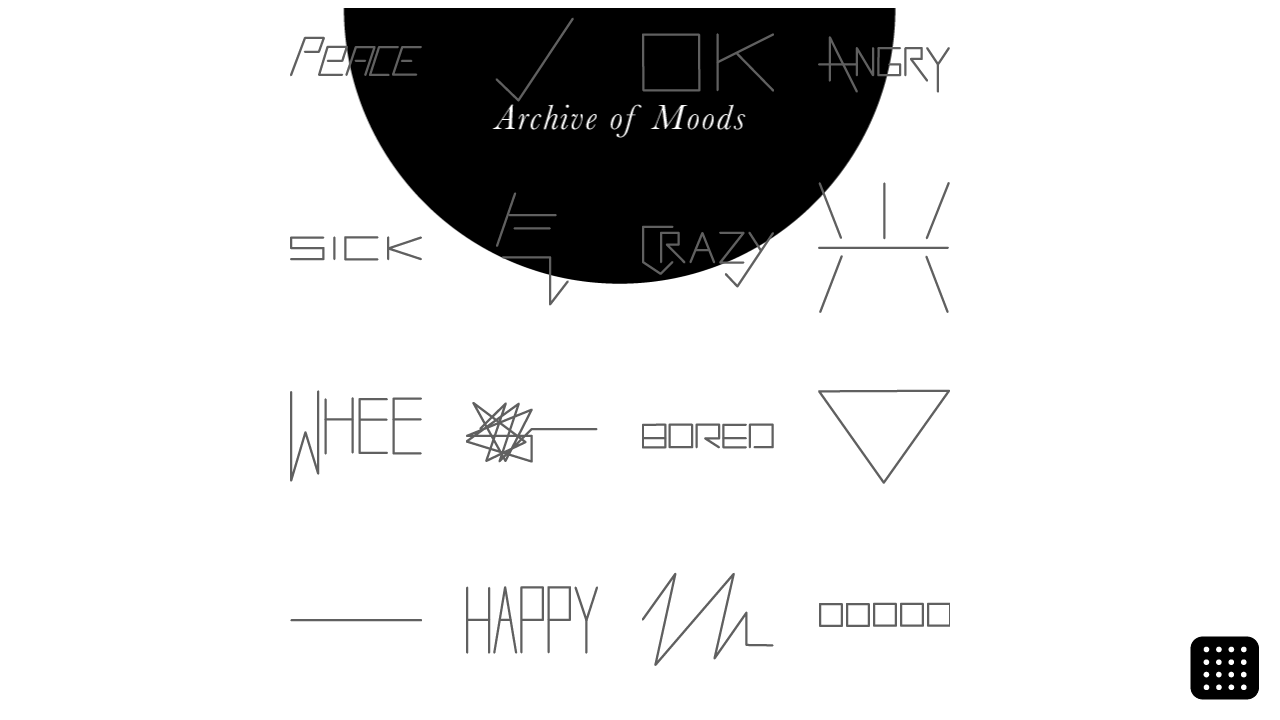
Repository: ConnyPinto/connypinto.github.io
Page: studio/dot-to-dot/archive.html
The author's editor kept a record of every edit. The page is drawn from the files as they stood at one moment, then again after the next edit.
The browser window is 1280 px wide. The pictures show the whole page.
Some web libraries are served in a nearby version.

Above is the page before.

### studio/dot-to-dot/archive.html
<html>

<head>
    <title>Archive</title>
    <link rel="stylesheet" href="css/archive.css" type="text/css" />
    <link href='http://fonts.googleapis.com/css?family=Libre+Baskerville:400,400italic' rel='stylesheet' type='text/css'>
    <script src="//ajax.googleapis.com/ajax/libs/jquery/1.7.1/jquery.min.js"></script>
    <script src="javascript/jquery.zoomooz.min.js"></script>
</head>

<body>
    <a href="index.html"><img class="home" src="images/home-button-01.png"></a>


       <!--<div class="circle">
             <div class="text">
                        <div class=title>Archive<br>
                        of<br>
                        Moods
                </div>
                   </div>-->
          <img class="semi-circle" src="images/semi-circle-01.png"
         style=
         "margin-top:0px;
         left:50%;
        transform: translate(60%);">

        <div class="container">


             <div class="row1">

             <img class="archive-image image-01" src="images/archive-image-01.png">
             <img class="archive-image image-02" src="images/archive-image-02.png">
             <img class="archive-image image-03" src="images/archive-image-03.png">
             <img class="archive-image image-04" src="images/archive-image-04.png">

             </div>

             <div class="row2">

             <img class="archive-image image-05" src="images/archive-image-05.png">
             <img class="archive-image image-06" src="images/archive-image-06.png">
             <img class="archive-image image-07" src="images/archive-image-07.png">
             <img class="archive-image image-08" src="images/archive-image-08.png">

             </div>

             <div class="row3">

             <img class="archive-image image-09" src="images/archive-image-09.png">
             <img class="archive-image image-10" src="images/archive-image-10.png">
             <img class="archive-image image-11" src="images/archive-image-11.png">
             <img class="archive-image image-12" src="images/archive-image-12.png">

             </div>

             <div class="row4">

             <img class="archive-image image-13" src="images/archive-image-13.png">
             <img class="archive-image image-14" src="images/archive-image-14.png">
             <img class="archive-image image-15" src="images/archive-image-15.png">
             <img class="archive-image image-16" src="images/archive-image-16.png">

             </div>

             <div class="row5">

             <img class="archive-image image-17" src="images/archive-image-17.png">
             <img class="archive-image image-18" src="images/archive-image-18.png">
             <img class="archive-image image-19" src="images/archive-image-19.png">
             <img class="archive-image image-20" src="images/archive-image-20.png">

            <div class="row6">

             <img class="archive-image image-21" src="images/archive-image-01.png">
             <img class="archive-image image-22" src="images/archive-image-02.png">
             <img class="archive-image image-23" src="images/archive-image-03.png">
             <img class="archive-image image-24" src="images/archive-image-04.png">

             </div>

             <div class="row7">

             <img class="archive-image image-25" src="images/archive-image-05.png">
             <img class="archive-image image-26" src="images/archive-image-06.png">
             <img class="archive-image image-27" src="images/archive-image-07.png">
             <img class="archive-image image-28" src="images/archive-image-08.png">

             </div>

             <div class="row8">

             <img class="archive-image image-09" src="images/archive-image-09.png">
             <img class="archive-image image-10" src="images/archive-image-10.png">
             <img class="archive-image image-11" src="images/archive-image-11.png">
             <img class="archive-image image-12" src="images/archive-image-12.png">

             </div>

             <div class="row9">

             <img class="archive-image image-13" src="images/archive-image-13.png">
             <img class="archive-image image-14" src="images/archive-image-14.png">
             <img class="archive-image image-15" src="images/archive-image-15.png">
             <img class="archive-image image-16" src="images/archive-image-16.png">

             </div>

             <div class="row10">

             <img class="archive-image image-17" src="images/archive-image-17.png">
             <img class="archive-image image-18" src="images/archive-image-18.png">
             <img class="archive-image image-19" src="images/archive-image-19.png">
             <img class="archive-image image-20" src="images/archive-image-20.png">
            </div>

         </div>

        </body>


</html>


<!-- <div class="container">

             <div class="row1">

                 <a href="room1.html" class="window window1"> </a>

             <img class="archive-image image-01" src="images/archive-image-01.png">
             <img class="archive-image image-02" src="images/archive-image-02.png">
             <img class="archive-image image-03" src="images/archive-image-03.png">
             <img class="archive-image image-04" src="images/archive-image-04.png">

             </div>

             <div class="row2">

             <img class="archive-image image-05" src="images/archive-image-05.png">
             <img class="archive-image image-06" src="images/archive-image-06.png">
             <img class="archive-image image-07" src="images/archive-image-07.png">
             <img class="archive-image image-08" src="images/archive-image-08.png">

             </div>

             <div class="row3">

             <img class="archive-image image-09" src="images/archive-image-09.png">
             <img class="archive-image image-10" src="images/archive-image-10.png">
             <img class="archive-image image-11" src="images/archive-image-11.png">
             <img class="archive-image image-12" src="images/archive-image-12.png">

             </div>

             <div class="row4">

             <img class="archive-image image-13" src="images/archive-image-13.png">
             <img class="archive-image image-14" src="images/archive-image-14.png">
             <img class="archive-image image-15" src="images/archive-image-15.png">
             <img class="archive-image image-16" src="images/archive-image-16.png">

             </div>

             <div class="row5">

             <img class="archive-image image-17" src="images/archive-image-17.png">
             <img class="archive-image image-18" src="images/archive-image-18.png">
             <img class="archive-image image-19" src="images/archive-image-19.png">
             <img class="archive-image image-20" src="images/archive-image-20.png">

            </div>

         </div> -->

### studio/dot-to-dot/css/archive.css

/*.circle{
    position:absolute;
    top:150px;
    left:50%;
    z-index:2;
    width:200px;
    height:200px;
    border-radius:50%;
    font-size:25px;
    color:#fff;
    text-align:center;
    background:#000;
    transform: translate(-50%, -50%);
}


.text{
      font-family: 'Libre Baskerville', serif;
      font-style:italic;
      margin-top:65px;
      font-size:24px;
      line-height:25px
}*/

.home{
 position:fixed;
 bottom:20px;
 right:20px;

}

.home:hover{
    opacity:0.75;
}


.container{
   position:absolute;
    width:700px;
    margin-top:550px;
    left:50%;
    transform: translate(-50%, -50%);

}


.row1{
  display:inline-block;
  margin-bottom:50px;
}

.row2{
  display:inline-block;
  margin-bottom:50px;
}

.row3{
  display:inline-block;
  margin-bottom:50px;
}

.row4{
  display:inline-block;
  margin-bottom:50px;
}

.row5{
  display:inline-block;
  margin-bottom:40px;
}

.row6{
  display:inline-block;
  margin-bottom:40px;
}

.row7{
  display:inline-block;
  margin-bottom:40px;
}

.image-01{
  margin-right:0px;
  margin-left:0px;
}

.image-02{
  margin-right:0px;
  margin-left:40px;
}

.image-03{
  margin-right:0px;
  margin-left:40px;
}

.image-04{
  margin-right:0px;
  margin-left:40px;
}

.image-05{
  margin-right:20px;
  margin-left:0px;
}

.image-06{
   margin-right:20px;
  margin-left:20px;
}

.image-07{
   margin-right:20px;
  margin-left:20px;
}

.image-08{
   margin-right:0px;
  margin-left:20px;
}

.image-09{
   margin-right:20px;
  margin-left:0px;
}

.image-10{
  margin-right:20px;
  margin-left:20px;
}

.image-11{
   margin-right:20px;
  margin-left:20px;
}

.image-12{
  margin-right:0px;
  margin-left:20px;
}

.image-13{
   margin-right:20px;
  margin-left:0px;
}

.image-14{
  margin-right:20px;
  margin-left:20px;
}

.image-15{
  margin-right:20px;
  margin-left:20px;
}

.image-16{
  margin-right:0px;
  margin-left:20px;
}

.image-17{
  margin-right:20px;
  margin-left:0px;
}

.image-18{
  margin-right:20px;
  margin-left:20px;
}

.image-19{
  margin-right:20px;
  margin-left:20px;
}

.image-20{
  margin-right:0px;
  margin-left:20px;
}

.image21{
  margin-right:0px;
  margin-left:0px;
}

.image-22{
  margin-right:0px;
  margin-left:40px;
}

.image-23{
  margin-right:0px;
  margin-left:40px;
}

.image-24{
  margin-right:0px;
  margin-left:40px;
}

.image-25{
  margin-right:0px;
  margin-left:0px;
}

.image-26{
  margin-right:0px;
  margin-left:40px;
}

.image-27{
  margin-right:0px;
  margin-left:40px;
}

.image-28{
  margin-right:0px;
  margin-left:40px;
}

.image-29{
  margin-right:0px;
  margin-left:0px;
}

.image-30{
  margin-right:0px;
  margin-left:40px;
}

.image-31{
  margin-right:0px;
  margin-left:40px;
}

.image-32{
  margin-right:0px;
  margin-left:40px;
}

.image-33{
  margin-right:0px;
  margin-left:0px;
}

.image-34{
  margin-right:0px;
  margin-left:40px;
}

.image-35{
  margin-right:0px;
  margin-left:40px;
}

.image-36{
  margin-right:0px;
  margin-left:40px;
}

.image-37{
  margin-right:0px;
  margin-left:0px;
}

.image-38{
  margin-right:0px;
  margin-left:40px;
}

.image-39{
  margin-right:0px;
  margin-left:40px;
}

.image-40{
  margin-right:0px;
  margin-left:40px;
}

Loaded but not shown: studio/space/final-space/javascript/jquery.zoomooz.min.js (library)

After the next edit:
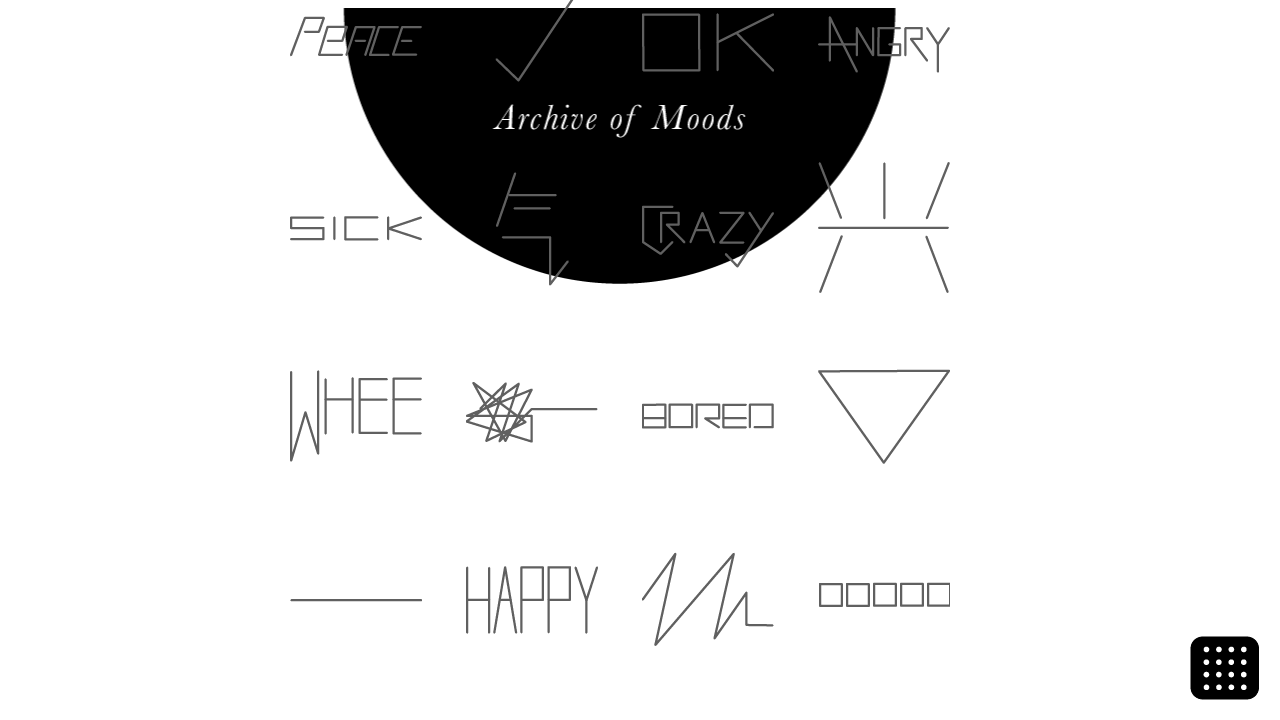
The edit:
--- a/studio/dot-to-dot/css/archive.css
+++ b/studio/dot-to-dot/css/archive.css
@@ -80,6 +80,11 @@
   margin-bottom:40px;
 }
 
+.row8{
+  display:inline-block;
+  margin-bottom:40px;
+}
+
 .image-01{
   margin-right:0px;
   margin-left:0px;
